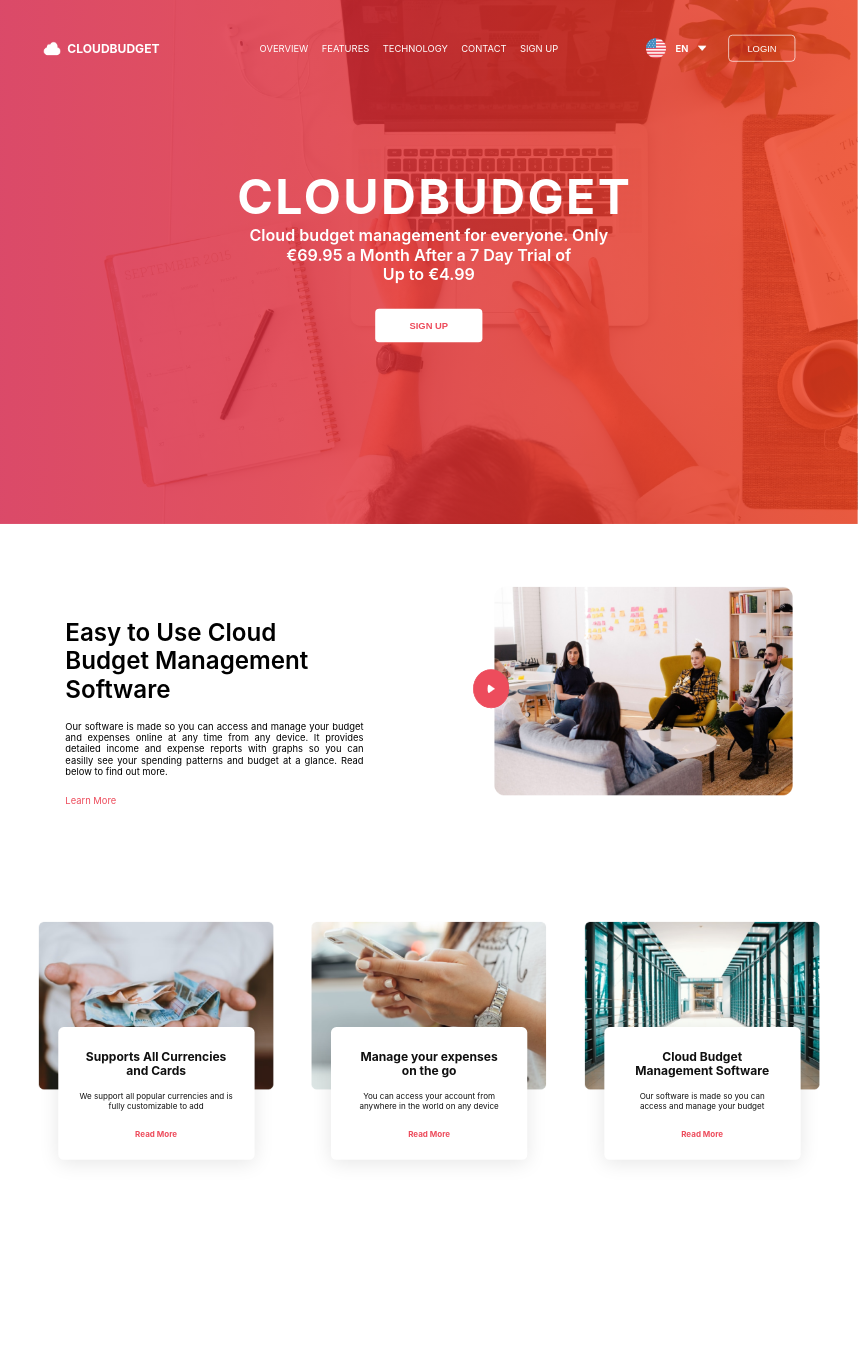
Repository: Ola-22/cloudBudget
Page: /
An editor plug-in stored every save of this project. The page is shown before and after the next save, followed by the edit.
The browser window is 1280 px wide. The pictures show the whole page, at 67% of full size.
The project was rebuilt for these pictures with package versions that can differ from the ones it lists, and the page was loaded fresh each time.

Above is the page before, as saved 2021-09-13 13:35:03.

After the next save:
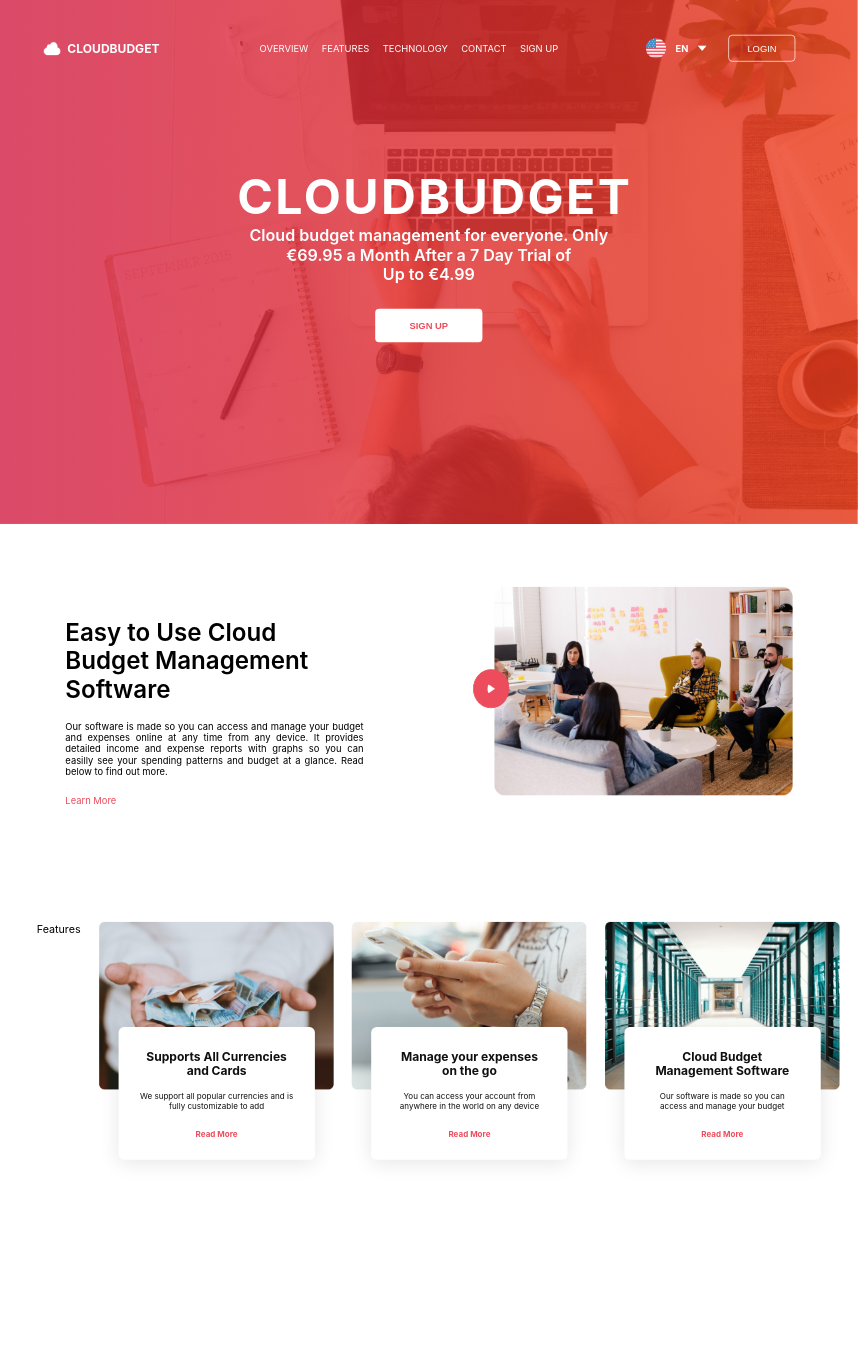
Saved 34 s later.
--- a/src/Components/Features/index.jsx
+++ b/src/Components/Features/index.jsx
@@ -9,6 +9,7 @@ export default function Features() {
         height: "660px",
       }}
     >
+      <h1></h1>Features
       <FeaturesCard
         src="/images/features1.png"
         title="Supports All Currencies and Cards"
